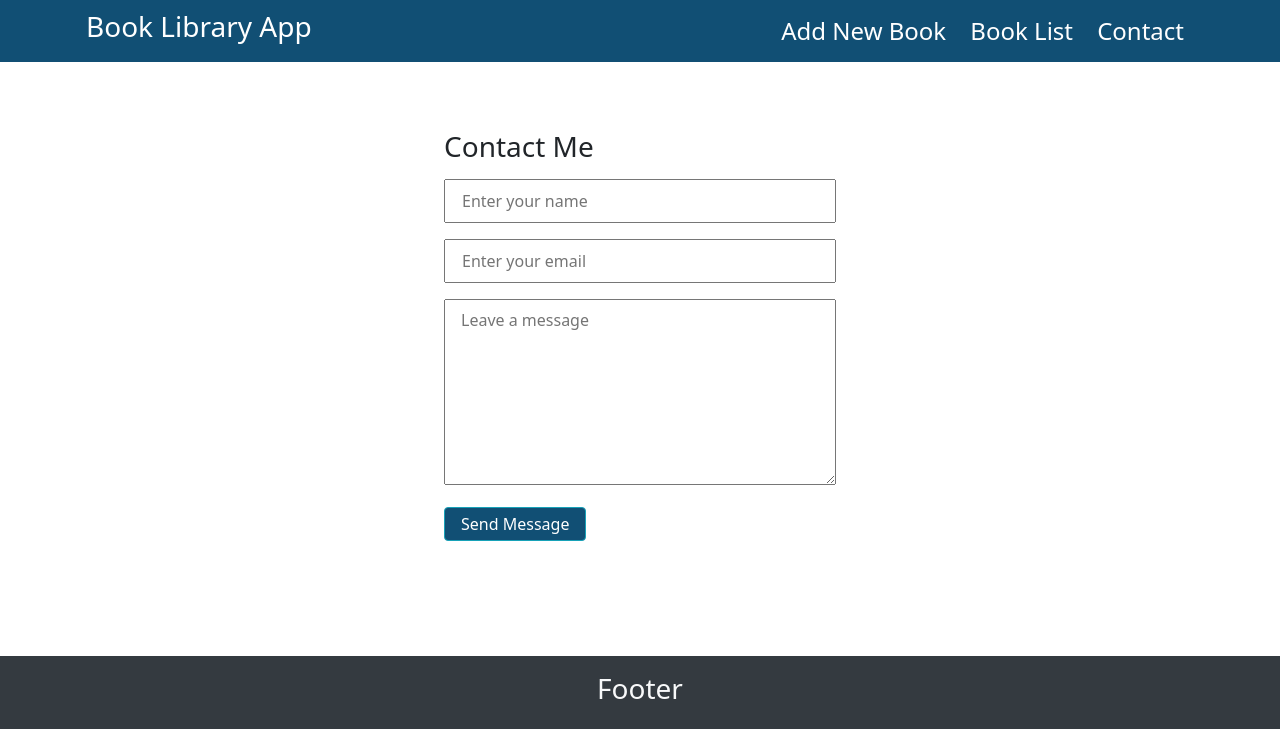
Repository: just-mann/booklibrary-app
Page: http://localhost/contact
These files come from the project's save history. The page is drawn as it stood at one moment and after the next save; the edit follows.
The browser window is 1280 px wide. The pictures show the whole page.
The page is served by the project's Node server (app.js).

Above is the page before, as saved 2021-06-06 04:53:56.

After the next save:
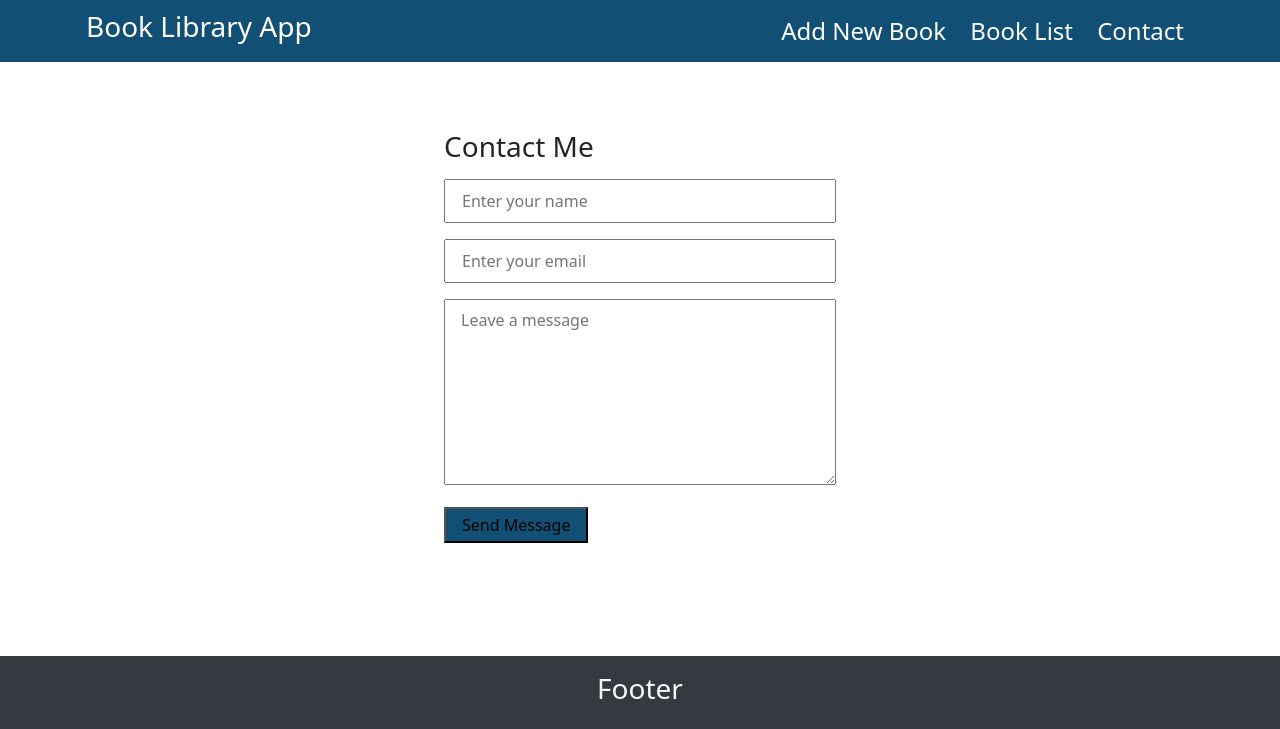
Saved 11 s later.
--- a/views/contact.ejs
+++ b/views/contact.ejs
@@ -17,7 +17,7 @@
                   <textarea class="px-3 py-2 w-100" name="message" id="" cols="30" rows="7" placeholder="Leave a message" required></textarea>
                 </div>
                 <div class="my-3">
-                  <input class="px-3 py-1 submitBtn btn btn-info" type="submit" value="Send Message">
+                  <input class="px-3 py-1 submitBtn" type="submit" value="Send Message">
                 </div>
             </form>
           </div>
